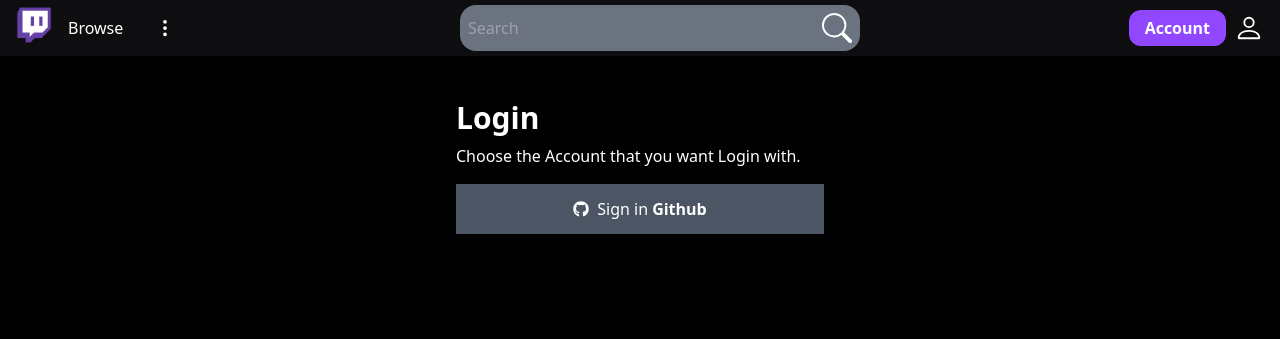
Repository: remydev47/twitch-clone
Page: /account
An editor plug-in stored every save of this project. The page is shown before and after the next save, followed by the edit.
The browser window is 1280 px wide. The pictures show the whole page.
The page's requests for data from a server got no answer. The project was rebuilt for these pictures with package versions that can differ from the ones it lists, and the page was loaded fresh each time. The framework's server and built-in components were replaced by stand-ins that run in the browser. No one was signed in, and anything a server would have sent is missing. Also part of the build but not shown: next.config.js.

Above is the page before, as saved 2022-07-27 16:06:05.

### pages/_app.js
import Navbar from '../components/Navbar';
import { SessionProvider } from "next-auth/react"
import '../styles/globals.css'

function MyApp({ session, Component, pageProps }) {
  return (
    <SessionProvider session={session}>
    <Navbar />
   <Component {...pageProps} />
  </SessionProvider>
  )
}

export default MyApp

### pages/account.js
import { useSession, signIn, signOut } from "next-auth/react"
import Image from 'next/image'
import { FaGithub } from 'react-icons/fa'

const account = () => {
  const { data: session } = useSession()

  if (session) {
    return (
      <div className={styles.signIn}>
        <h1 className="text-2xl font-bold">Welcome, {session.user.name} </h1>
        <p className="py-4">Signed us {session.user.email}</p>
        <div className='pb-4 m-auto'>
            <Image
              className="rounded-full"
              src={session.user.image}
              alt="/"
              width="100"
              height="100"
            />
        </div>
        <button className={styles.signOut} onClick={() => signOut()}>Sign out</button>
      </div>
    )
  }
  return (
    <div className={styles.signIn}>
      <h2 className="text-3xl font-bold"> Login </h2>
      <p className="py-2">Choose the Account that you want Login with.</p>
      <button
       onClick={() => signIn()}
       className={styles.button}
       >
        <FaGithub className="mr-2"/>
        Sign in
        <span className={styles.github}>
            Github
        </span>
    </button>
    </div>
  )
}

export default account;
const styles = {
    signIn:`pt-[100px] flex flex-col max-w-[400px] w-full mx-auto p-4`,
    github:`font-bold pl-1`,
    button:`flex items-center justify-center bg-gray-600 p-3 my-2 border border-gray-600`,
    signOut:`flex items-center justify-center p-3 bg-gray-600 border border-gray-600`
}

### components/Navbar.js
import React, { Fragment } from 'react'
import Link from 'next/link'
import Image from 'next/image'
import Logo from '../public/assets/logo.png'
import { BsPerson, BsSearch, BsThreeDotsVertical } from 'react-icons/bs';
import { AiOutlineMenu, AiOutlineClose } from 'react-icons/ai';
import { Menu, Transition } from '@headlessui/react'
import { useState } from 'react'


function classNames(...classes) {
  return classes.filter(Boolean).join('')
}

const Navbar = () => {

  const [nav, setNav] = useState(true)

  const handleNav = () => {
    setNav(!nav)
  }

  return (
    <div className={styles.container}>
      {/* Left Bar */}
      <div className={styles.leftWrapper}>
        <Link href="/">
          <a>
            <Image
              alt="/"
              src={Logo}
              height={36}
              width={36}
              className='cursor-pointer z-10'
            />
          </a>
        </Link>
        <p className='p-4'>Browse</p>
        <div className='p-4'>
        <Menu as='div' className='relative text-left'>
            <div className='flex'>
              <Menu.Button>
                <BsThreeDotsVertical size={20} />
              </Menu.Button>
            </div>

            <Transition
              as={Fragment}
              enter='transition ease-out duration-100'
              enterFrom='transform opacity-0 scale-95'
              enterTo='transform opacity-100 scale-100'
              leave='transition ease-in duration-75'
              leaveFrom='transform opacity-100 scale-100'
              leaveTo='transform opacity-0 scale-95'
            >
              <Menu.Items className='origin-top-right absolute left-0 mt-2 w-56 rounded-md shadow-lg bg-[#0e0e10] ring-1 ring-white ring-opacity-5 focus:outline-none'>
                <div className='py-1'>
                  <Menu.Item>
                    {({ active }) => (
                      <a
                        href='#'
                        className={classNames(
                          active
                            ? 'bg-gray-500 text-gray-100'
                            : 'text-gray-200',
                          'block px-4 py-2 text-sm'
                        )}
                      >
                        Settings
                      </a>
                    )}
                  </Menu.Item>
                  <Menu.Item>
                    {({ active }) => (
                      <a
                        href='#'
                        className={classNames(
                          active
                            ? 'bg-gray-500 text-gray-100'
                            : 'text-gray-200',
                          'block px-4 py-2 text-sm'
                        )}
                      >
                        Support
                      </a>
                    )}
                  </Menu.Item>
                  <Menu.Item>
                    {({ active }) => (
                      <a
                        href='#'
                        className={classNames(
                          active
                            ? 'bg-gray-500 text-gray-100'
                            : 'text-gray-200',
                          'block px-4 py-2 text-sm'
                        )}
                      >
                        License
                      </a>
                    )}
                  </Menu.Item>
                </div>
              </Menu.Items>
            </Transition>
          </Menu>
       </div>
      </div>
      {/* Middlebar */}
      <div className={styles.middleContainer}>
        <div className={styles.middleWrapper}>
          <div>
            <input
               type="text"
               placeholder='Search'
               className={styles.input}
             />
          </div>
          <div>
            <BsSearch size={30} />
          </div>
        </div>
      </div>
      {/* Rightside */}
      <div className={styles.rightContainer}>
        <div className={styles.rightWrapper}>
          <Link href="/account">
            <button className={styles.accountContainer}>
              Account
            </button>
          </Link>
          <BsPerson size={30}/>
        </div>
      </div>
      {/* Humburger Menu */}
      <div
      onClick={handleNav}
        className={styles.menuItem}
      >
       {nav ? <AiOutlineClose size={25} /> :  <AiOutlineMenu size={25}/>}
      </div>
      {/* Mobile Menu */}
     <div
       className={
        nav
         ? styles.mobileContainer1
         : styles.mobileContainer2
       }
     >
      <ul className='text-center'>
        <li className={styles.homestyles}>
          <Link href="/">Home</Link>
        </li>
        <li className={styles.homestyles}>
          <Link href="/">Live Channels</Link>
        </li>
        <li className={styles.homestyles}>
          <Link href="/">Top Categories</Link>
        </li>
        <li className={styles.homestyles}>
          <Link href="/account">Account</Link>
        </li>
      </ul>
     </div>

    </div>
  )
}

export default Navbar

const styles ={
    container:`fixed h-14 w-full flex flex-nowrap items-center p-4 bg-[#0e0e10] mb-[2px] z-10`,
    leftWrapper:`flex grow items-center justify-start`,
    middleContainer:`hidden md:flex grow-[2] justify-center item-center`,
    middleWrapper:`flex bg-gray-500 text-white justify-between items-center max-w-[400px] w-full m-auto p-2 rounded-2xl`,
    input:`bg-transparent border-none text-white focus:outline-none`,
    rightContainer:`hidden md:flex grow items-center justify-end`,
    rightWrapper:`flex items-center`,
    accountContainer:`px-4 py-[6px] font-bold rounded-xl bg-[#9147FF] mr-2`,
    mobileContainer1: `md:hidden fixed top-0 left-0 w-full h-screen bg-[#0e0e10] flex justify-center items-center ease-in duration-300`,
    mobileContainer2: `md:hidden fixed top-[-100%] left-0 w-full h-screen bg-[#0e0e10] flex justify-center items-center ease-in duration-300`,
    homestyles:`p-4 text-3xl font-bold`,
    menuItem:`block md:hidden z-10 cursor-pointer`
}

### styles/globals.css
@tailwind base;
@tailwind components;
@tailwind utilities;

html {
  @apply bg-black text-white
}

Loaded but not shown: tailwind.config.js (common file)

After the next save:
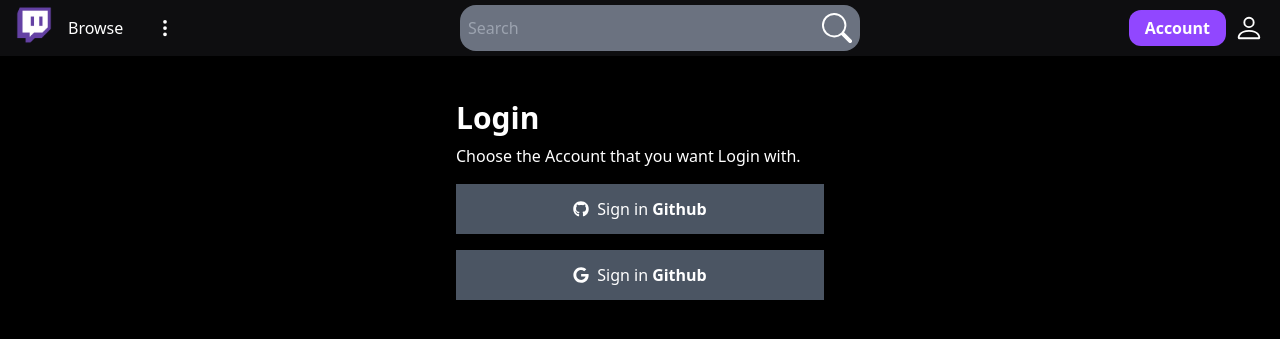
Saved 2 min 35 s later.
--- a/pages/account.js
+++ b/pages/account.js
@@ -1,6 +1,6 @@
 import { useSession, signIn, signOut } from "next-auth/react"
 import Image from 'next/image'
-import { FaGithub } from 'react-icons/fa'
+import { FaGithub,FaGoogle } from 'react-icons/fa'
 
 const account = () => {
   const { data: session } = useSession()
@@ -37,6 +37,16 @@
             Github
         </span>
     </button>
+    <button
+       onClick={() => signIn()}
+       className={styles.button}
+       >
+        <FaGoogle className="mr-2"/>
+        Sign in
+        <span className={styles.github}>
+            Github
+        </span>
+    </button>
     </div>
   )
 }
